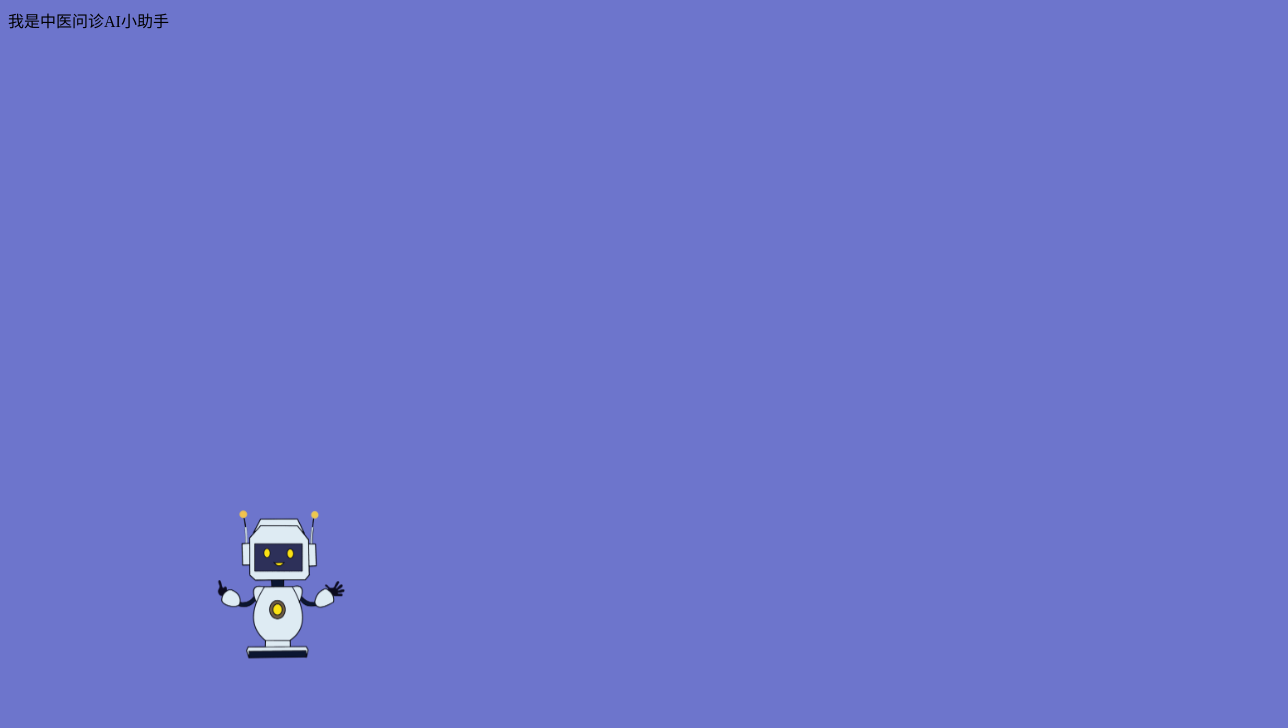
Repository: chjyume/zhongyi
Page: index3.html
The author's editor kept a copy of each file at every save. The page is drawn from the files as they stood at one save, then again after the next save.
The browser window is 1280 px wide. The page is 1288 px wide, so the pictures cover 1288 px, including what lies to the right of the window. The pictures show the whole page.

Above is the page before, as saved 2023-06-27 10:35:51.

### index3.html
<!DOCTYPE html>
<html>
	<head>
        <meta charset="utf-8" />
		<title>小故事引入</title>

        <link href="css\index2.css" rel="stylesheet" type="text/css">
		<link rel="stylesheet" type="text/css" href="family\font.css">
	</head>
	<style>
	body
	{
        background-color:rgba(73, 83, 192, 0.8);
		background-repeat:no-repeat;
        height: 100%;
        width: 100%;
        background-size:cover;
        position:absolute;
        left:0;
        top:0;
	}
	</style>
	<body>
        <img id="robot" src="img/img3-1.png">
		<div class="bubble" id="text1"  tabindex="1" style="width: calc(18%)">我是中医问诊AI小助手</div>

	</body>
</html>

### css/index2.css

.bubble1 {
    position: fixed;
    padding: 20px 12px;
    font-family:HYLeMiaoTi;
    font-size: 45px;
    line-height: 40px;
    left: calc(65%);
    color: #c0e3ff;
    background: #122648;
    border: 1px solid #4e637e;
    border-radius: 10px;
    opacity: 0;
  }

  .bubble1::before,
  .bubble1::after {

    position: absolute;
    left: -20px;
    top:24px;
    display: block;
    font-size: 0;
    line-height: 0;
    border-color: #4e637e #4e637e transparent transparent;
    border-style: solid;
    border-width: 10px;
    content: "";
  }

  .bubble1::after {
    left: -17px;
    top:25px;
    border-color: #122648 #122648 transparent transparent;
  }



  .bubble2 {
    position: fixed;
    padding: 20px 12px;
    font-family:HYLeMiaoTi;
    font-size: 45px;
    line-height: 40px;
    left: calc(16%);
    color: #c0e3ff;
    background: #122648;
    border: 1px solid #4e637e;
    border-radius: 10px;
    opacity: 0;
  }


  .bubble2::before,
  .bubble2::after {

    position: absolute;
    right: -20px;
    top:25px;
    display: block;
    font-size: 0;
    line-height: 0;
    border-color: transparent transparent #4e637e #4e637e;
    border-style: solid;
    border-width: 10px;
    content: "";
  }

  .bubble2::after {
    right: -17px;
    top:24px;
    border-color:transparent transparent #122648 #122648 ;
  }


  #text1{
    top: calc(8%);
    animation: bubble 2s linear 0s 1 normal forwards;
  }
  #text2{
    top: calc(25%);
    margin-left: calc(4%);
    animation: bubble 2s linear 1.5s 1 normal forwards;
  }
  #text3{
    top: calc(13%);
    margin-right: calc(2%);
    animation: bubble 2s linear 1s 1 normal forwards;
  }
  #text4{
    top: calc(39%);
    margin-right: calc(3%);
    animation: bubble 2s linear 2s 1 normal forwards;
  }
  #text5{
    top: calc(55%);
    margin-right: calc(3%);
    animation: bubble 2s linear 2.5s 1 normal forwards;
  }


  @keyframes bubble {
    0% {
      opacity: 0;
  }
  100% {
    opacity: 1;
  }
}

.bubble1:hover{
  cursor:pointer;
}
.bubble2:hover{
  cursor:pointer;
}

#text1:focus{
  animation: rebubble 3s ease-out 0s 1 normal forwards;
}

#text2:focus{
  animation: rebubble 3s ease-out 0s 1 normal forwards;
}

#text3:focus{
  animation: rebubble 3s ease-out 0s 1 normal forwards;
}

#text4:focus{
  animation: rebubble 3s ease-out 0s 1 normal forwards;
}


@keyframes rebubble {
  0% {
    opacity: 1;
}
50% {
  opacity: 0;
}
100%{
  opacity: 1;
}
}


/* AI机器人部分 */
#AI{
  display: none;
  opacity: 0;
}
#robot{
  width: 13%;
  position: fixed;
  top: calc(65%);
  left: calc(15%);
  z-index: 1;

}

.bubble3 {
  position: relative;
  padding: 20px 12px;
  font-family:HYLeMiaoTi;
  font-size: 45px;
  line-height: 40px;
  margin-top: calc(38%);
  left: calc(30%);
  color: #122648;
  background: #c2d9e9;
  border: 1px solid #3fffef;
  border-radius: 10px;

}

.bubble3::before,
.bubble3::after {

  position: absolute;
  left: -20px;
  top:24px;
  display: block;
  font-size: 0;
  line-height: 0;
  border-color: #3fffef #3fffef transparent transparent;
  border-style: solid;
  border-width: 10px;
  content: "";
}

.bubble3::after {
  left: -17px;
  top:25px;
  border-color: #c2d9e9 #c2d9e9 transparent transparent;
}
.bubble3:hover{
  cursor:pointer;
}

#AI{
  animation: bubble 2s linear 0s 1 normal forwards;
}

### family/font.css
@font-face {
    font-family: "HYLeMiaoTi";
    src:url("HYLeMiaoTiJ.ttf");
    font-weight: normal;
    font-style: normal;
}

After the next save:
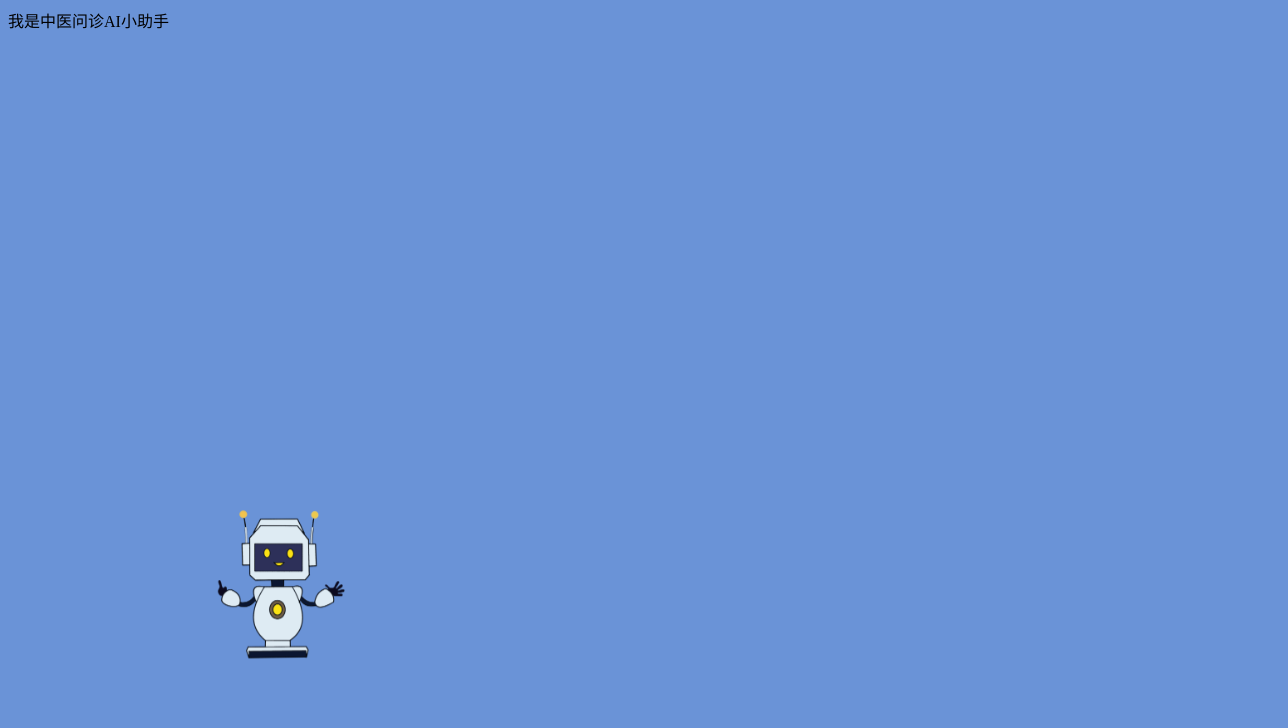
Saved 15 s later.
--- a/index3.html
+++ b/index3.html
@@ -10,7 +10,7 @@
 	<style>
 	body
 	{
-        background-color:rgba(73, 83, 192, 0.8);
+        background-color:rgba(69, 120, 206, 0.8);
 		background-repeat:no-repeat;
         height: 100%;
         width: 100%;
